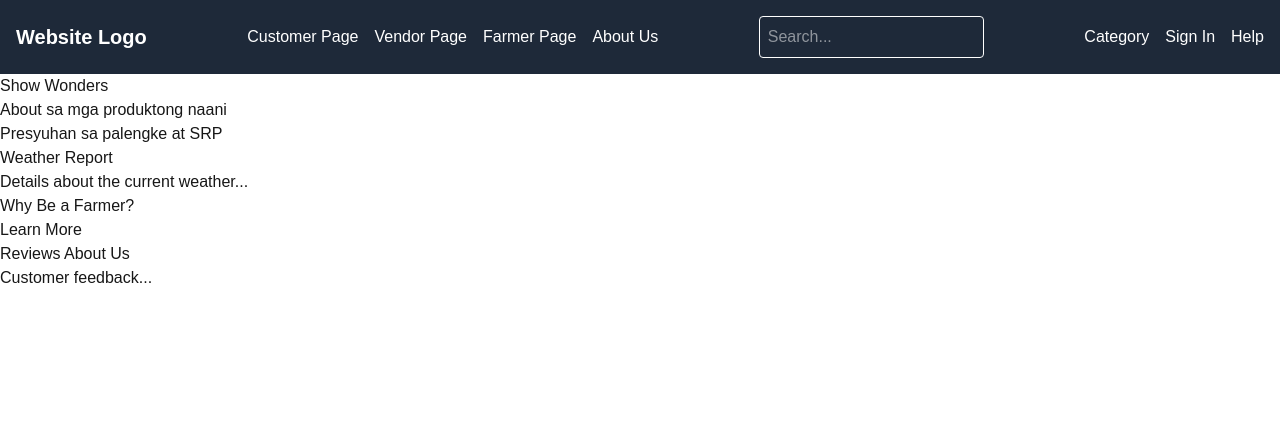
Repository: KenMarzan/OMEGA
Page: / (app in hub/frontend/)
These files come from the project's save history. The page is drawn as it stood at one moment and after the next save; the edit follows.
The browser window is 1280 px wide. The pictures show the whole page.
The project was rebuilt for these pictures with package versions that can differ from the ones it lists, and the page was loaded fresh each time. The framework's server and built-in components were replaced by stand-ins that run in the browser. Also part of the build but not shown: hub/frontend/next.config.ts.

Above is the page before, as saved 2025-06-10 13:07:04.

### hub/frontend/src/app/page.tsx
"use client";

import React, { useState } from "react";

const MainPage: React.FC = () => {
  const [isAnimating, setIsAnimating] = useState<boolean>(false);
  const appear = async (): Promise<void> => {
    setIsAnimating(true);
    // Simulate animation duration
    await new Promise((resolve) => setTimeout(resolve, 2000));
    setIsAnimating(false);
  };

  return (
    <div className="relative min-h-screen">
      {/* Navbar */}
      <nav className="flex justify-between items-center p-4 bg-gray-800 text-white">
        <div className="logo">
          <h1 className="text-xl font-bold">Website Logo</h1>
        </div>
        <div className="clickables flex gap-4">
          <button>Customer Page</button>
          <button>Vendor Page</button>
          <button>Farmer Page</button>
          <button>About Us</button>
        </div>
        <div className="searchbar">
          <input
            type="text"
            placeholder="Search..."
            className="p-2 rounded border"
          />
        </div>
        <div className="dropdown-options flex gap-4">
          <button>Category</button>
          <button>Sign In</button>
          <button>Help</button>
        </div>
      </nav>

      {/* Content */}
      <div className={`content ${isAnimating ? "pointer-events-none" : ""}`}>
        {/* Slidescreen */}
        <div className="slidescreen">
          <button onClick={appear}>Show Wonders</button>
          <div className="slideScreen-content">
            <div>About sa mga produktong naani</div>
            <div>Presyuhan sa palengke at SRP</div>
          </div>
        </div>

        {/* Other Components */}
        <div className="weather-report">
          <h2>Weather Report</h2>
          <p>Details about the current weather...</p>
        </div>
        <div className="why-be-a-farmer">
          <h2>Why Be a Farmer?</h2>
          <a href="/course">Learn More</a>
        </div>
        <div className="reviews">
          <h2>Reviews About Us</h2>
          <p>Customer feedback...</p>
        </div>
      </div>

      {/* Animation Overlay */}
      {isAnimating && (
        <div className="absolute inset-0 bg-black opacity-50 z-50"></div>
      )}
    </div>
  );
};

export default MainPage;

Loaded but not shown: hub/frontend/src/app/layout.tsx (common file); hub/frontend/src/app/globals.css (common file)

After the next save:
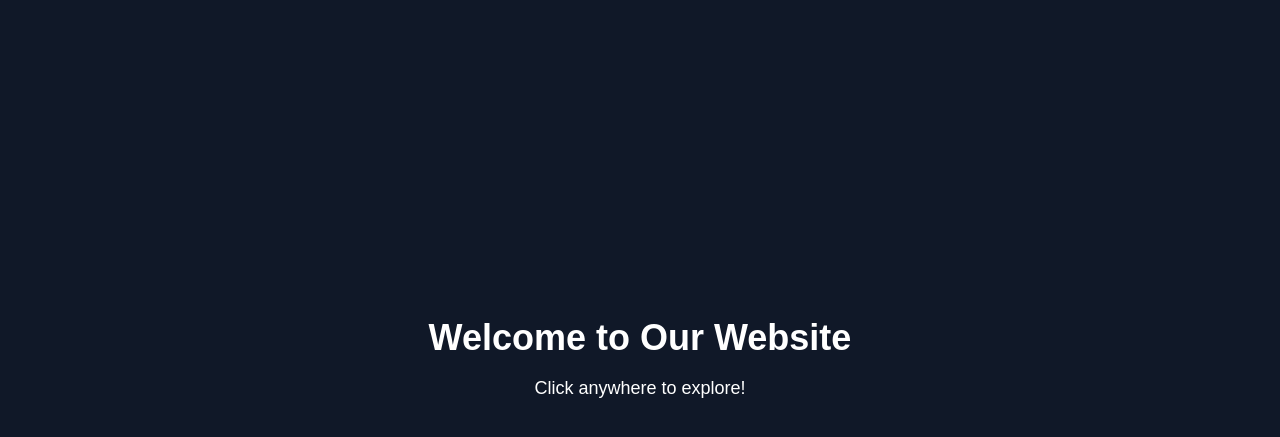
Saved 13 min 52 s later.
--- a/hub/frontend/src/app/page.tsx
+++ b/hub/frontend/src/app/page.tsx
@@ -2,19 +2,30 @@
 
 import React, { useState } from "react";
 
-const MainPage: React.FC = () => {
-  const [isAnimating, setIsAnimating] = useState<boolean>(false);
-  const appear = async (): Promise<void> => {
-    setIsAnimating(true);
-    // Simulate animation duration
-    await new Promise((resolve) => setTimeout(resolve, 2000));
-    setIsAnimating(false);
+export default function MainPage() {
+  const [showOverlay, setShowOverlay] = useState(true);
+
+  const handleOverlayClick = () => {
+    setShowOverlay(false);
   };
 
   return (
     <div className="relative min-h-screen">
-      {/* Navbar */}
-      <nav className="flex justify-between items-center p-4 bg-gray-800 text-white">
+      {/* Overlay */}
+      {showOverlay && (
+        <div
+          className="absolute inset-0 bg-gray-900 text-white flex items-center justify-center z-50"
+          onClick={handleOverlayClick}
+        >
+          <div className="text-center">
+            <h1 className="text-4xl font-bold mb-4">Welcome to Our Website</h1>
+            <p className="text-lg">Click anywhere to explore!</p>
+          </div>
+        </div>
+      )}
+
+      {/* Main Website */}
+      <nav className={`flex justify-between items-center p-4 bg-gray-800 text-white ${showOverlay ? "pointer-events-none" : ""}`}>
         <div className="logo">
           <h1 className="text-xl font-bold">Website Logo</h1>
         </div>
@@ -37,39 +48,6 @@ const MainPage: React.FC = () => {
           <button>Help</button>
         </div>
       </nav>
-
-      {/* Content */}
-      <div className={`content ${isAnimating ? "pointer-events-none" : ""}`}>
-        {/* Slidescreen */}
-        <div className="slidescreen">
-          <button onClick={appear}>Show Wonders</button>
-          <div className="slideScreen-content">
-            <div>About sa mga produktong naani</div>
-            <div>Presyuhan sa palengke at SRP</div>
-          </div>
-        </div>
-
-        {/* Other Components */}
-        <div className="weather-report">
-          <h2>Weather Report</h2>
-          <p>Details about the current weather...</p>
-        </div>
-        <div className="why-be-a-farmer">
-          <h2>Why Be a Farmer?</h2>
-          <a href="/course">Learn More</a>
-        </div>
-        <div className="reviews">
-          <h2>Reviews About Us</h2>
-          <p>Customer feedback...</p>
-        </div>
-      </div>
-
-      {/* Animation Overlay */}
-      {isAnimating && (
-        <div className="absolute inset-0 bg-black opacity-50 z-50"></div>
-      )}
     </div>
   );
-};
-
-export default MainPage;
+}
